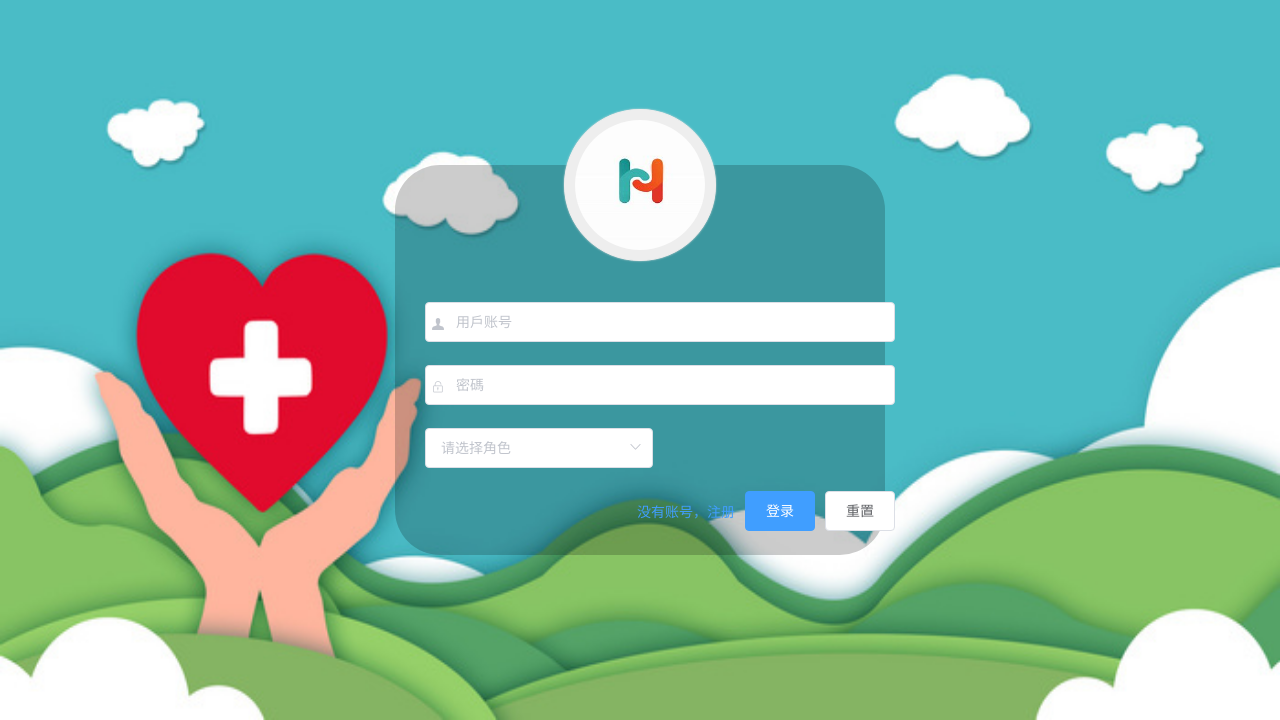
Repository: hyyBubbly/community-web-vue
Page: / (app in community/)
These files come from the project's save history. The page is drawn as it stood at one moment and after the next save; the edit follows.
The browser window is 1280 px wide. The pictures show the whole page.
The page's requests for data from a server got no answer. The project was rebuilt for these pictures with package versions that can differ from the ones it lists, and the page was loaded fresh each time. No one was signed in, and anything a server would have sent is missing. Also part of the build but not shown: community/vue.config.js, community/src/components/Home.vue, community/src/components/Welcome.vue, community/src/components/User/UserList.vue, community/src/components/admin/WorkerList.vue, community/src/components/community/CommunityList.vue, community/src/components/healthfiles/HealthyData.vue, community/src/components/healthfiles/Healthiness.vue and 14 more.

Above is the page before, as saved 2024-01-28 13:35:47.

After the next save:
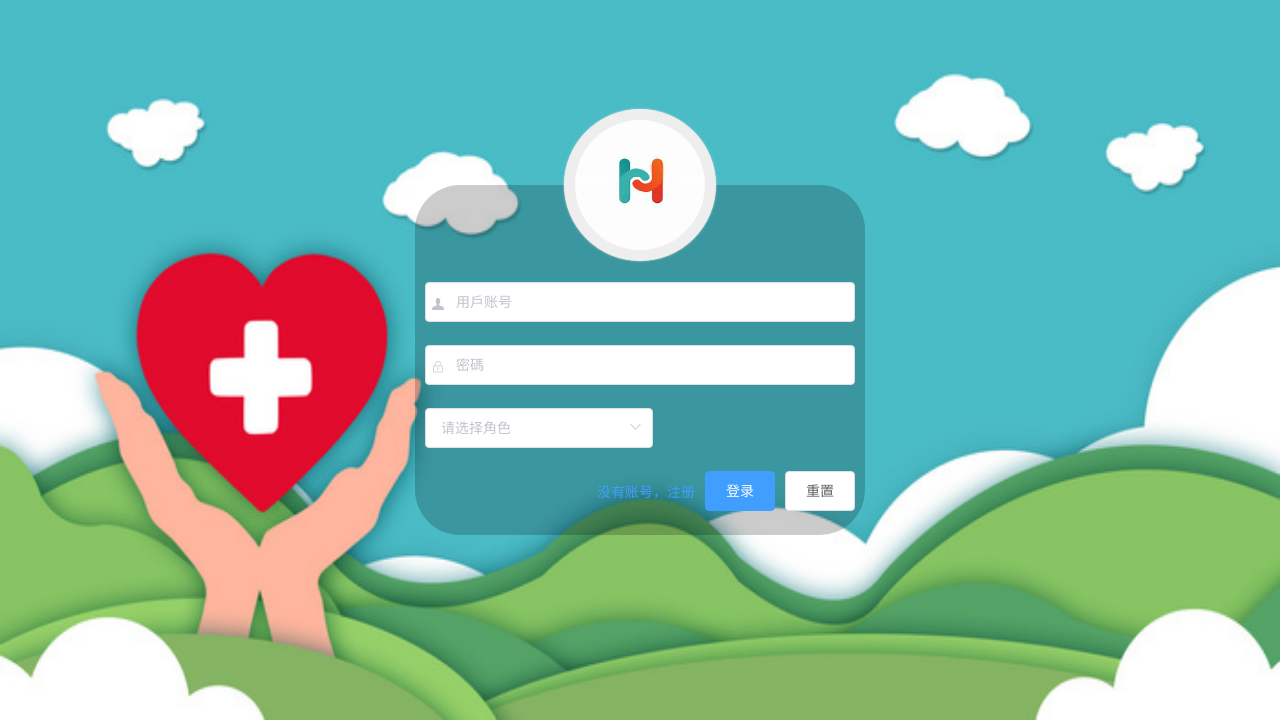
Saved 12 s later.
--- a/community/src/components/Login.vue
+++ b/community/src/components/Login.vue
@@ -240,7 +240,6 @@
 //   background-color: #fff;
   background-color:rgba(0, 0, 0, 0.2);
   border-radius: 45px;
-  padding: 20px;
   position: absolute;
   left: 50%;
   top: 50%;
